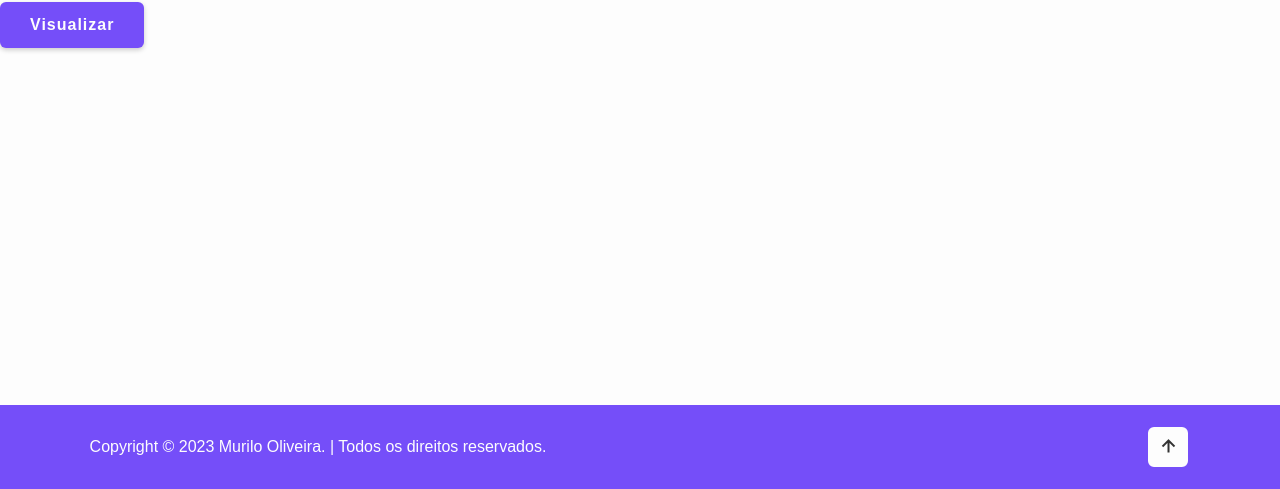
Repository: devMuriloOliveira/Portfolio-
Page: projetos/projeto-1.html
These files come from the project's save history. The page is drawn as it stood at one moment and after the next save; the edit follows.
The browser window is 1280 px wide. The pictures show the part of the page from y = 515 to 1004 px (the page is 1004 px tall).
Some web fonts or font styles are not loaded; a fallback is used.

Above is the page before, as saved 2023-03-16 15:54:44.

### projetos/projeto-1.html
<!DOCTYPE html>
<html lang="en">
  <head>
    <meta charset="UTF-8" />
    <meta http-equiv="X-UA-Compatible" content="IE=edge" />
    <meta name="viewport" content="width=device-width, initial-scale=1.0" />

    <!--swiper css-->
    <link
      rel="stylesheet"
      href="https://cdn.jsdelivr.net/npm/swiper@9/swiper-bundle.min.css"
    />

    <!--box icons-->
    <link
      href="https://unpkg.com/boxicons@2.1.4/css/boxicons.min.css"
      rel="stylesheet"
    />

    <!--font-->
    <link
      rel="stylesheet"
      href="https://fonts.googleapis.com/css2?family=Material+Symbols+Outlined:opsz,wght,FILL,GRAD@20..48,100..700,0..1,-50..200"
    />

    <!--css-->
    <link rel="stylesheet" href="projeto-1.css" />
    <title>BeautySalon</title>
  </head>
  <body>
    <header class="header">
      <a class="logo" href="#">Murilo<span>Oliveira</span>.</a>

      <nav class="navbar">
        <a href="/index.html" class="active">Início</a>
      </nav>

      <div class="bx bx bx-moon" id="darkMode-icon"></div>

      <div class="bx bx-menu" id="menu-icon"></div>
    </header>

    <section>
      <div class="video">
        <iframe
          width="560"
          height="315"
          src="https://www.youtube.com/embed/JxFzhGkumwg"
          title="YouTube video player"
          frameborder="0"
          allow="accelerometer; autoplay; clipboard-write; encrypted-media; gyroscope; picture-in-picture; web-share"
          allowfullscreen
        ></iframe>
      </div>

      <div class="botao">
        <a
          class="btn"
          target="_blank"
          href="https://devmurilooliveira.github.io/Alura-Books/"
          >Visualizar</a
        >
      </div>
    </section>

    <footer class="footer">
      <div class="footer-text">
        <p>
          Copyright &copy; 2023 Murilo Oliveira. | Todos os direitos reservados.
        </p>
      </div>

      <div class="footer-iconTop">
        <a href="#"><i class="bx bx-up-arrow-alt"></i></a>
      </div>
    </footer>
  </body>
</html>

### projetos/projeto-1.css
*{
  margin: 0;
  padding: 0;
  box-sizing: border-box;
  text-decoration: none;
  border: none;
  outline: none;
  scroll-behavior: smooth;
  font-family: 'Poppins', sans-serif;
}

:root{
  --bg-color: #fdfdfd;
  --bg-color-second: #fafafa;
  --text-color: #333;
  --main-color: #754ef9;
  --white-color: #fdfdfd;
  --shadow-color: rgba(0, 0, 0, .2);
}

.dark-mode{
  --bg-color: #0b061f;
  --text-color: #fdfdfd;
  --shadow-color: rgba(0, 0, 0, .7);
}

html{
  font-size: 62.5%;
  overflow-x: hidden;
}

body{
  background: var(--bg-color);
  color: var(--text-color);
}


.header{
  position: fixed;
  top: 0;
  left: 0;
  width: 100%;
  padding: 2rem 7%;
  background: var(--main-color);
  display: flex;
  align-items: center;
  z-index: 100;
  transition: .5s;
  box-shadow: 0 .1rem 1rem var(--shadow-color);

}

.sticky{
  background: var(--bg-color);
  box-shadow: 0 .1rem 1rem var(--shadow-color);
}

.logo{
  font-size: 2.5rem;
  color: var(--white-color);
  font-weight: 600;
  cursor: pointer;
  margin-right: auto;
}

.navbar a{
  position: relative;
  font-size: 1.7rem;
  color: var(--white-color);
  font-weight: 500;
  margin-right: 3.5rem;
}

 .sticky .navbar a{
  color: var(--text-color);
}

 .sticky .navbar a.active{
  color: var(--main-color);
}


.navbar a.active::before{
  content: '';
  position: absolute;
  left: 0;
  bottom: -6px;
  width: 100%;
  height: .2rem;
  background: var(--white-color);
}

  .sticky .navbar a::before{
  background: var(--main-color);
  opacity: .7;
}


#darkMode-icon{
  font-size: 2.4rem;
  color: var(--white-color);
  cursor: pointer;
}

.sticky #darkMode-icon{
  color: var(--text-color);
  opacity: .9;
}

#menu-icon{
  font-size: 3.6rem;
  color: var(--text-color);
  display: none;
}

section{
  min-height: 100vh;

}

.video{
  text-align: center;
  margin-top: 20rem;

}

.btn{
  display: inline-block;
  padding: 1.2rem 2.8rem;
  background: var(--main-color);
  border-radius: .6rem;
  box-shadow: 0 .2rem .5rem var(--shadow-color);
  font-size: 1.6rem;
  color: var(--white-color);
  letter-spacing: .1rem;
  font-weight: 600;
  border: .2rem solid transparent;
  transition: .5s ease;
}

.btn:hover{
  background: transparent;
  color: var(--main-color);
  border-color: var(--main-color);
}


.footer{
  display: flex;
  justify-content: space-between;
  align-items: center;
  flex-wrap: wrap;
  padding: 2rem 7%;
  background: var(--main-color);
}

.footer-text{
  font-size: 1.6rem;
  color: var(--white-color);
}

.footer-iconTop a{
  display: inline-flex;
  justify-content: center;
  align-items: center;
  padding: .8rem;
  background: var(--white-color);
  border-radius: .8rem;
  border: .2rem solid var(--main-color);
  outline: .2rem solid transparent;
  transition: .5s ease;
}

.footer-iconTop a:hover{
  outline-color: var(--white-color);
}

.footer-iconTop a i{
  font-size: 2.4rem;
  color: #333;
}

After the next save:
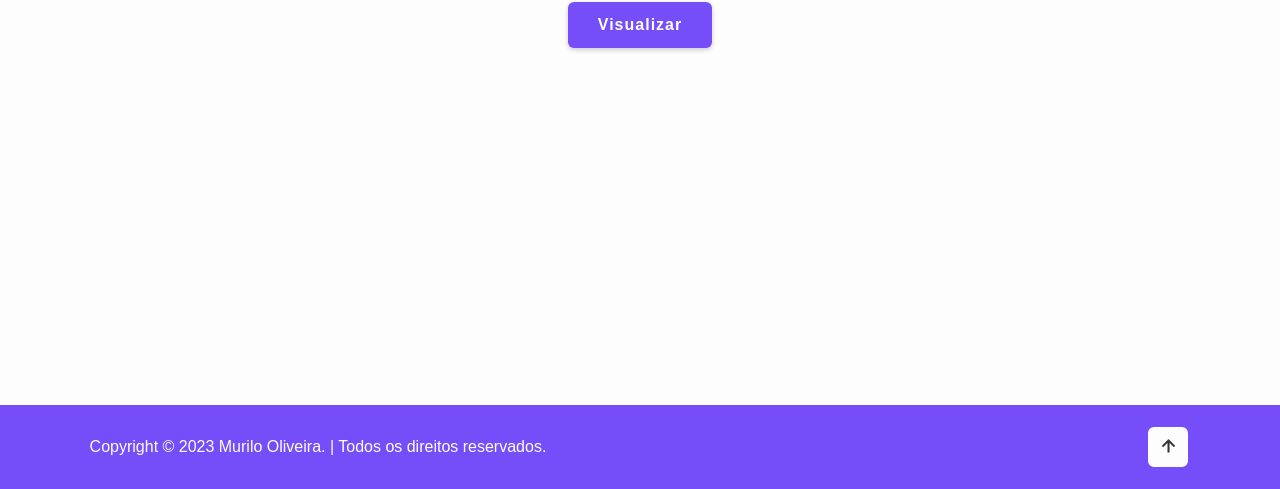
Saved 18 s later.
--- a/projetos/projeto-1.css
+++ b/projetos/projeto-1.css
@@ -144,6 +144,9 @@ section{
   border-color: var(--main-color);
 }
 
+.botao{
+  text-align: center;
+}
 
 .footer{
   display: flex;
